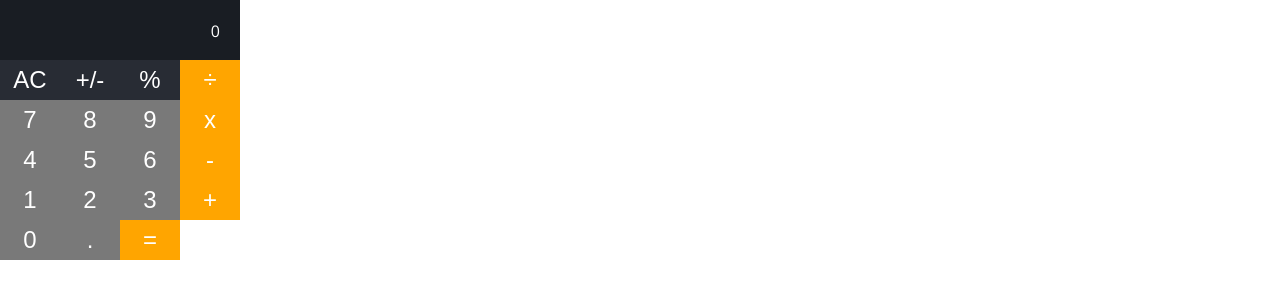
Repository: catsarenotreal/CalculatorWebApp
Page: /
The author's editor kept a copy of each file at every save. The page is drawn from the files as they stood at one save, then again after the next save.
The browser window is 1280 px wide. The pictures show the whole page.
The project was rebuilt for these pictures with package versions that can differ from the ones it lists, and the page was loaded fresh each time.

Above is the page before, as saved 2024-08-26 14:40:28.

After the next save:
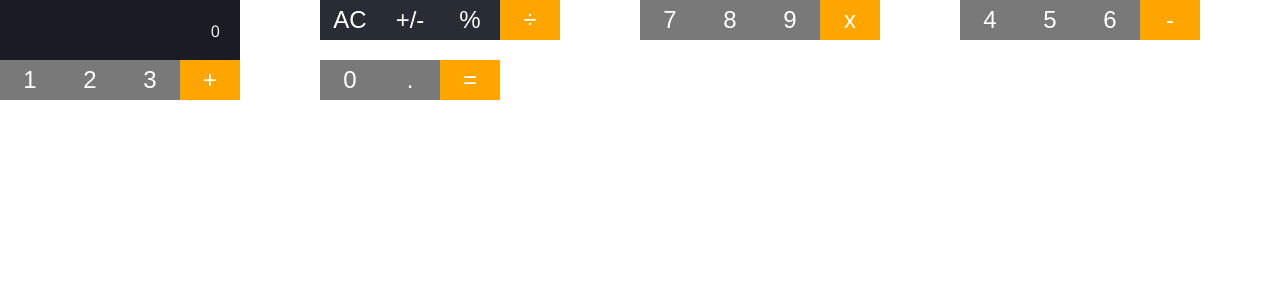
Saved 6 min 0 s later.
--- a/src/App.tsx
+++ b/src/App.tsx
@@ -203,7 +203,7 @@ export default function Calc() {
   // if (stack.length > 2) setACDis('AC');
   // startWithRefresh(setACDis);
   return (
-    <main>
+    <div className = "wrapper">
       <div className = "row">
         <div className= "DisplayScreen">{`${(display)}`}</div>
       </div>
@@ -236,7 +236,7 @@ export default function Calc() {
         <Buttons val={'.'} colour = 'lightgrey' setDisplay = {setDisplay}/>
         <Buttons val={'='} colour = 'orange' setDisplay = {setDisplay}/>
       </div>
-    </main>
+    </div>
 
   );
 }
--- a/src/App.css
+++ b/src/App.css
@@ -80,15 +80,10 @@
   color: white;
 }
 
+.wrapper {
+  display: grid;
+  column-gap:0;
+  row-gap:0;
+  grid-template-columns: auto auto auto auto;
 
-
-
-
-@keyframes App-logo-spin {
-  from {
-    transform: rotate(0deg);
-  }
-  to {
-    transform: rotate(360deg);
-  }
 }
